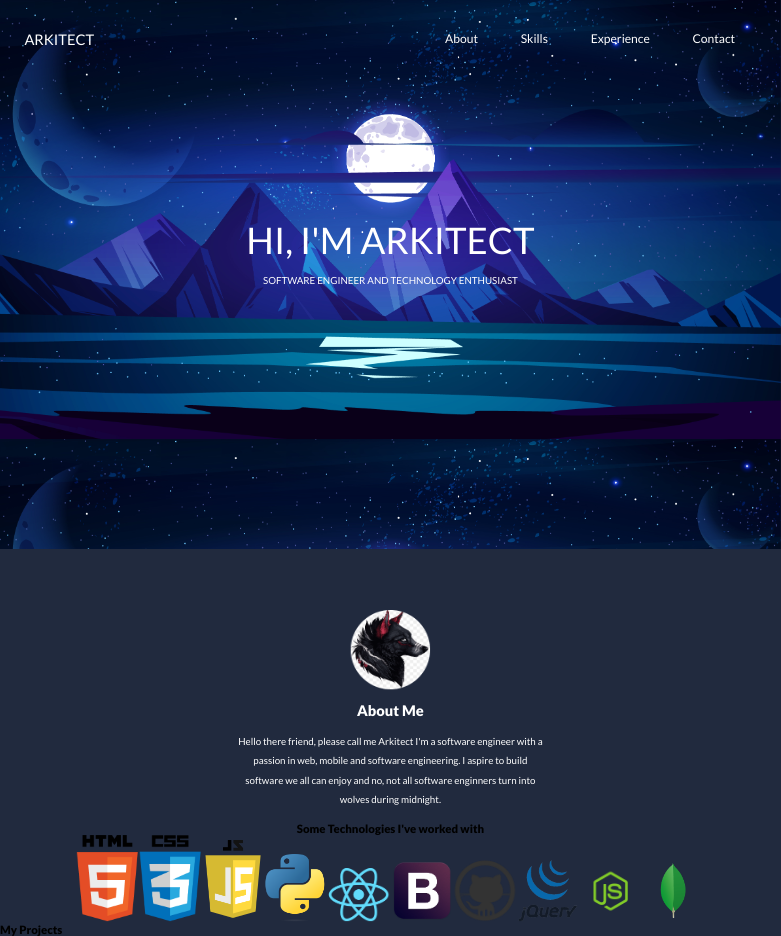
Repository: Arkitecth/personal-site
Page: index.html
These files come from the project's save history. The page is drawn as it stood at one moment and after the next save; the edit follows.
The browser window is 1280 px wide. The pictures show the whole page, at 61% of full size.
Backgrounds fixed to the window are drawn as part of the page.

Above is the page before, as saved 2023-06-17 18:35:22.

### index.html
<!DOCTYPE html>
<html lang="en">

<head>
    <meta charset="UTF-8">
    <meta http-equiv="X-UA-Compatible" content="IE=edge">
    <meta name="viewport" content="width=device-width, initial-scale=1.0">
    <link rel="preconnect" href="https://fonts.googleapis.com">
    <link rel="preconnect" href="https://fonts.gstatic.com" crossorigin>
    <link href="https://fonts.googleapis.com/css2?family=Lato:wght@300;400;900&display=swap" rel="stylesheet">
    <link rel="stylesheet" href="https://cdnjs.cloudflare.com/ajax/libs/font-awesome/6.4.0/css/all.min.css" integrity="sha512-iecdLmaskl7CVkqkXNQ/ZH/XLlvWZOJyj7Yy7tcenmpD1ypASozpmT/E0iPtmFIB46ZmdtAc9eNBvH0H/ZpiBw==" crossorigin="anonymous" referrerpolicy="no-referrer" />

    <link rel="stylesheet" href="styles.css">
    <title>Arkitect</title>
</head>

<body>
    <!-- Header -->
    <section id="title">
        <nav class="container">
            <a href="#" class="logo">Arkitect</a>
            <ul>
                <li><a href="#about">About </a></li>
                <li><a href="#">Skills </a></li>
                <li><a href="#">Experience </a></li>
                <li><a href="#">Contact</a></li>
            </ul>
        </nav>
        <div class="intro">
            <h1>Hi, I'm Arkitect</h1>
            <p>Software Engineer and Technology Enthusiast</p>
        </div>
    </section>

    <section id="about">
        <div class="about-page">
            <img class="profile-img" src="images/wolf-avatar.png" alt="wolf-avatar">
            <h2>About Me</h2>
            <p>Hello there friend, please call me Arkitect I'm a software engineer with a passion in web, mobile and
                software engineering.
                I aspire to build software we all can enjoy and no, not all software enginners turn into wolves during
                midnight.</p>
            </p>
        </div>
    </section>

    <section id="skills" class="container">
        <h3>Some Technologies I've worked with </h3>
        <div class="skill-section">
            <img src="images/html.png" alt="HTML Logo">
            <img src="images/css.png" alt="CSS Logo">
            <img src="images/js.png" alt="Javascript Logo">
            <img src="images/python.png" alt="Python Logo">
            <img src="images/react.png" alt="">
            <img src="images/bootstrap.png" alt="bootstrap">
            <img src="images/github.png" alt="github">
            <img src="images/jquery-image.png" alt="jquery-image">
            <img src="images/node-image.png" alt="jquery-image">
            <img src="images/mongo.png" alt="mongo images">
        </div>

    </section>

    <section id="projects">
        <h3>My Projects </h3>
    </section>

    <section id="contact">

    </section>
</body>

</html>




<!--

<a href="https://www.freepik.com/free-vector/night-ocean-landscape-full-moon-stars-shine_17740155.htm#query=night%20sky&position=1&from_view=search&track=ais">Image by upklyak</a> on Freepik -->

### styles.css

* {
    margin: 0;
    padding: 0;
}

body {
    font-family: 'Lato', sans-serif;
    background-color: #212A3E
}

.container {
    max-width: 1200px;
    margin: 0 auto;
}



a {
    text-decoration: none;
    color: #fff;
}
#title {
    background: url(images/night_sky.jpg);
    background-attachment: fixed;
    background-size: cover;
    background-position: center;
    background-repeat: no-repeat;
    text-align: center;
    height: 900px;
}

nav {
    display: flex;
    flex-direction: row;
    align-content: center;
    justify-content: space-between;
    padding-top: 50px;
    font-size: 1.24rem;
}

nav ul {
    display: flex;
    list-style-type: none;
    flex-wrap: wrap;
}

nav ul li {
    padding: 0 30px;
}

nav ul li a {
    padding: 5px;
}


.logo {
    font-size: 1.5rem;
    text-transform: uppercase;
}




nav ul li a:active,
nav ul li a:hover {
    background: #fff;
    color: #2b1055;
    border-radius: 10%;
}


.intro {
    display: flex;
    flex-direction: column;
    justify-content: flex-end;
    align-items: center;
    padding-top: 30px;
    height: 50vh;
    color: #fff;
    text-transform: uppercase;
}



.intro > h1 {
    font-size: 60px;
    margin-bottom: 20px;
    font-weight: normal;
}


/* About Section */
.about-page {
    display: flex;
    align-items: center;
    flex-direction: column;
}

.profile-img {
    height: 130px;
    width: 130px;
    margin-top: 100px;
}

.about-page > p {
    width: 500px;
    font-size: 16px;
    color: white;
    margin-top: 20px;
    line-height: 2;
    text-align: center;
}
.about-page > h2 {
    color: white;
    margin-top: 20px;
    text-align: center;
}


/* Skill Section */
.skill-section i {
    font-size: 100px;
}

.skill-section img {
    width: 100px;
}

#skills{
    text-align: center;
}

After the next save:
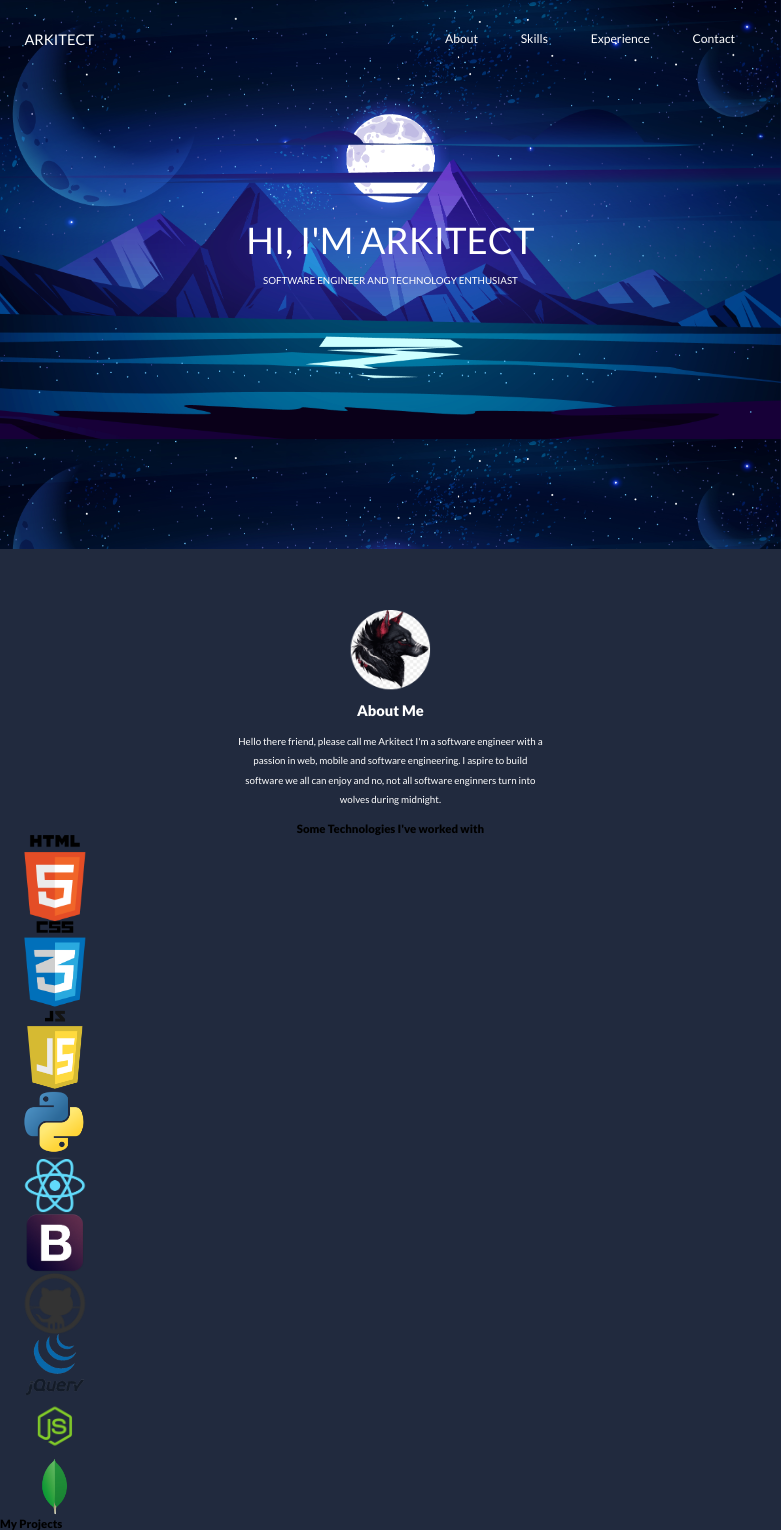
Saved 10 s later.
--- a/styles.css
+++ b/styles.css
@@ -119,6 +119,11 @@
 
 
 /* Skill Section */
+
+.skill-section {
+    display: grid;
+    grid-template-rows: 1fr 1fr;
+}
 .skill-section i {
     font-size: 100px;
 }
